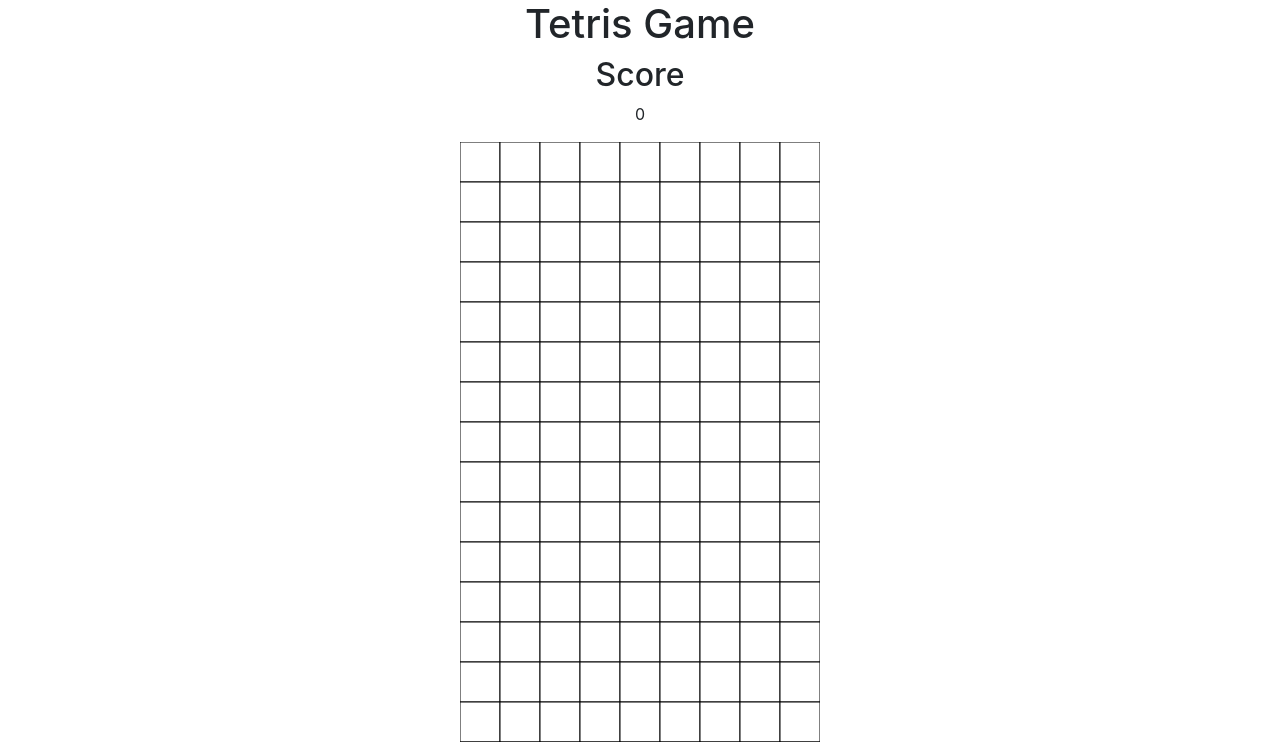
Repository: nlbien22/games
Page: Tetris/index.html
The author's editor kept a copy of each file at every save. The page is drawn from the files as they stood at one save, then again after the next save.
The browser window is 1280 px wide. The pictures show the whole page.

Above is the page before, as saved 2024-11-14 22:11:28.

After the next save:
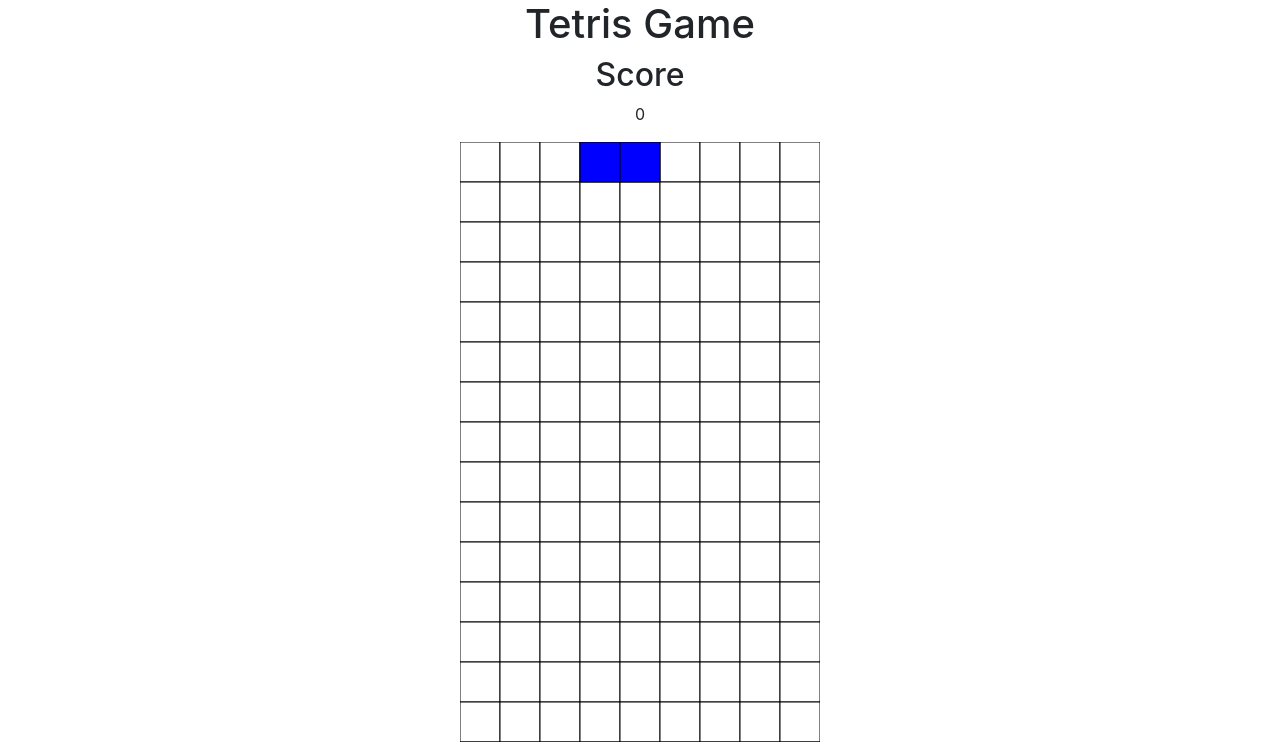
Saved 46 s later.
--- a/Tetris/script.js
+++ b/Tetris/script.js
@@ -192,10 +192,10 @@
 function drop() {
     interval = setInterval(function () {
         if (!gameOver) {
-            clearInterval(interval);
-            return;
-        }
-        p.moveDown();
+            p.moveDown();
+        }
+        clearInterval(interval);
+        return;
     }, 1000);
 }
 
